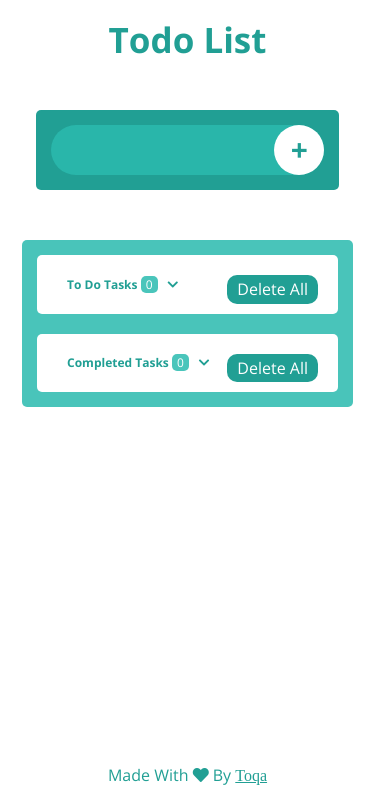
Repository: Toqa-25/todo-list
Page: index.html
The author's editor kept a copy of each file at every save. The page is drawn from the files as they stood at one save, then again after the next save.
The browser window is 375 px wide. The pictures show the whole page.
Some web fonts or font styles are not loaded; a fallback is used.

Above is the page before, as saved 2022-02-07 16:39:31.

### index.html
<!DOCTYPE html>
<html lang="en">
<head>
    <meta charset="UTF-8">
    <meta http-equiv="X-UA-Compatible" content="IE=edge">
    <meta name="viewport" content="width=device-width, initial-scale=1.0">
     <!-- css fils -->
     <link rel="stylesheet" href="css/normalize.css">
     <link rel="stylesheet" href="css/all.min.css">
     <link rel="stylesheet" href="css/style.css">
     <!-- google fonts -->
     <link rel="preconnect" href="https://fonts.googleapis.com">
     <link rel="preconnect" href="https://fonts.gstatic.com" crossorigin>
     <link href="https://fonts.googleapis.com/css2?family=Open+Sans:wght@300;400;500;600;700;800&display=swap" rel="stylesheet">
     <link href="https://fonts.googleapis.com/css2?family=Pushster&amp;display=swap" rel="stylesheet">
     <!-- page title -->
    <title>ToDo List</title>
</head>
<body>
    <section class="todo-section container">
        <div class="todo-main-head ">
            <h2 class="todo-head">todo list</h2>
        </div>
        <div class="todo-input  ">
            <input type="text" name="" id="input-field">
            <span class="pluse" id="plus">+</span>
        </div>
        <div class="todo-group pad ">
        <div class="todo-list doing" id="todo-list-do">
             <div class="todo-list-header-group">
                 <h4 class="todo-list-head">to do tasks <span class="tasks-number"></span><i class="fas fa-chevron-down todo-chevron"></i></h4>
                <button class="btn delet-all-tasks">delete all</button>
            </div>
           <div class="todo-list-content todo">
           </div>
        </div>
        <div class="todo-list completed" id="todo-list-complete">
            <div class="todo-list-header-group">
                <h4 class="todo-list-head">completed tasks <span class="completed-tasks-number"></span><i class="fas fa-chevron-down complete-chevron"></i></h4>
                <button class="btn delet-all-completed-tasks">delete all</button>
            </div>
           <div class="todo-list-content complet">
           </div>
        </div>
        </div>
    </section>
    <div class="bottom-group">
             <p>made with <i class="fas fa-heart"></i> by <a class="developer link-none" href="https://toqa-25.github.io/portfolio/">toqa</a></p>
    </div>

    <script src="js/script.js"></script>
    <script src="https://unpkg.com/sweetalert/dist/sweetalert.min.js"></script>
</body>
</html>

### css/style.css
/* component style */
:root{
    --main-color:#219F94;
    --main-alt-color:#2bbbafda;
    --white-color:#fff;
    --text-color:#C1DEAE;
}
*{
     margin:0;
     padding:0;
     box-sizing: border-box;
}
html{
    scroll-behavior: smooth;
}
body{
    font-family: 'Open Sans', sans-serif;
    min-height: 100vh;
}
.container{
    width:90%;
    margin:0 auto;
}

.pad{
    padding: 30px 0;
}

/* element style */
section{
    display: flex;
    align-items: center;
    flex-direction: column;
    min-height: calc(100vh - 50px);
    gap:50px;

}
.todo-main-head {
    /* padding-top: 20px;
    margin-top: 20px; */
    margin: 20px auto 0;
}
.todo-head {
    color: var(--main-color);
    font-weight: bold;
    text-transform: capitalize;
    font-size: 35px;
    text-align: center;
}
.todo-input{
    background-color: var(--main-color);
    position: relative;
    border-radius: 5px;
    width: 600px;
    margin: 0 auto;
    padding: 15px 0;
}
@media(max-width:991px){
   .todo-input{
       width:90%;
   }
}
#input-field {
    width: calc(100% - 30px);
    margin: 0 15px;
    height: 50px;
    border: none;
    outline: none;
    background-color: var(--main-alt-color);
    color: #fff;
    padding:5px 20px;
    border-radius: 25px;
    -webkit-border-radius: 25px;
    -moz-border-radius: 25px;
    -ms-border-radius: 25px;
    -o-border-radius: 25px;
}
#input-field:focus{

}
.pluse {
    width: 50px;
    height: 50px;
    background-color: var(--white-color);
    border-radius: 50%;
    display: inline-block;
    padding: 21px;
    text-align: center;
    font-size: 30px;
    display: flex;
    justify-content: center;
    align-items: center;
    position: absolute;
    right: 15px;
    top: 50%;
    transform: translateY(-50%);
    color: var(--main-color);
    font-weight: bold;
    cursor: pointer;
}

.todo-group {
    background-color: var(--main-alt-color);
    /* margin-top: 30px; */
    padding: 15px;
    display: flex;
    justify-content: space-between;
    align-items: center;
    gap:20px;
    flex-direction: column;
    width:fit-content;
    border-radius: 5px;

}
.todo-list {
    background-color: var(--white-color);
    padding: 10px 20px;
    color: var(--main-color);
    flex:1;
    border-radius: 5px;
     width: 600px;
}
@media(max-width:767px){

    .todo-list {
        width:100%;
    }
}
.todo-list-content , .complet {
    padding:20px;
    display: none;
}
.todo-list-task-group {
    display: flex;
    justify-content: space-between;
    align-items: center;
    border: 1px solid var(--main-alt-color);
    padding: 5px;
    border-radius: 6px;
    margin-bottom: 10px;
}
.todo-list-task {
    padding: 5px 20px;
    display: flex;
    justify-content: space-between;
    align-items: center;
    position: relative;
    margin:10px 5px;
    width:80%;
}
.todo-list-task:before{
    content:"";
    position: absolute;
    top:0;
    left:0;
    height: 100%;
    background-color: var(--main-alt-color);
    width: 8px;
    border-radius: 0px 100px 100px 0px;
}
.btn {
    color: var(--white-color);
    width: fit-content;
    /* height: 27px; */
    padding: 5px 10px;
    background-color: var(--main-color);
    border: none;
    border-radius: 10px;
    cursor: pointer;
    text-transform: capitalize;
}
.todo-list-header-group {
    display: flex;
    justify-content: space-between;
    align-items: center;
    flex-wrap: wrap;
}
.todo-list-head {
    text-transform: capitalize;
    width: fit-content;
    /* margin: auto; */
    /* text-align: center; */
    padding: 3px 10px;
    font-size: 20px;
}
.todo-list-text {
    /* text-transform: capitalize; */
}
.completed-task{
    position: relative;
}
.todo-list-checked {
    width: 15px;
    height: 15px;
    border: 1px solid var(--main-color);
    border-radius: 3px;
    display: flex;
    justify-content: center;
    align-items: center;
}
.completed-task:after{
    content: "";
    width: 90%;
    height: 2px;
    border-radius: 2px;
    position: absolute;
    top: 50%;
    left: 50%;
    transform: translate(-50%, -50%);
    background-color: var(--main-color);
}
.todo-list-checked i {
    font-size: 15px;
    margin-left: 3px;
    margin-bottom: 0px;
}
.completed-tasks-number,.tasks-number {
    padding: 0px 5px;
    background-color: var(--main-alt-color);
    color: #fff;
    border-radius: 5px;
    font-weight: normal;
}
i.fas.fa-chevron-down {
    margin-left: 10px;
}
.bottom-group{
color:var(--main-color);
text-align: center;
margin: 16px auto;
}
.bottom-group p{
    text-transform:capitalize;
}
.bottom-group p a{
    font-family: 'Pushster', cursive;
     color:var(--main-color);
}
.show{
    display:block;
}
.sign-login-group {
    width: fit-content;
    display: flex;
    justify-content: space-between;
    align-content: center;
    flex-direction: column;
    gap: 30px;
    margin-top: 100px;
}
.todo-input-group {
    min-width: 300px;
    display: flex;
    justify-content: space-between;
    align-content: center;
    flex-wrap: wrap;
    gap: 30px;
}
.todo-input-group label {
    text-transform: capitalize;
    color: var(--main-color);
    font-weight: bold;
}
.todo-input-group input {
    padding: 5px 10px;
    border-radius: 7px;
    border-color: var(--main-color);
    outline: none;
    color: var(--main-color);

}
.buttons-group {
    display: flex;
    justify-content: center;
    width: fit-content;
    align-items: center;
    gap: 10px;
    margin: 0 auto;
}
.buttons-group span{
    text-transform: uppercase;
    font-weight: bold;
    color: var(--main-color);
}
.sign-login-group .btn  {
    margin: auto;
    color: #fff;
    font-size: 18px;
}
.sign-login-group .buttons-group a {
  font-size: 20px;
    color: var(--main-color);
}

@media (max-width:375px){
    .todo-list-head {
    font-size: 12px;
}

.todo-list-header-group .btn{
    margin-left: 8px;
    margin-top: 10px;
}
}

### js/script.js

// const variables
let inputTask = document.getElementById("input-field"),
    plusButton = document.getElementById("plus"),
    toDoContent = document.querySelector(".todo"),
    completeContent = document.querySelector(".complet"),
    taskText = document.querySelector(".todo-list-text"),
    numberOfTasks = document.querySelector(".tasks-number"),
    numberOfCompletedTasks = document.querySelector(".completed-tasks-number"),
    todoChevron = document.querySelector(".todo-chevron"),
    completeChevron = document.querySelector(".complete-chevron"),
    deleteAllTasks = document.querySelector(".delet-all-tasks"),
    deleteAllCompletedTasks = document.querySelector(".delet-all-completed-tasks");

// var variables
var checkedSpan = [...document.querySelectorAll(".todo-list-checked")];
var checkedClasses = [...document.querySelectorAll(".checked")];
var buttonSgroup = [...document.querySelectorAll(".delete")];
let todoList = JSON.parse(localStorage.getItem("tasks"))
  ? JSON.parse(localStorage.getItem("tasks"))
  : [];
let completeList = JSON.parse(localStorage.getItem("completedTasks"))
  ? JSON.parse(localStorage.getItem("completedTasks"))
  : [];
/********************************************************** */
if ( todoList.length >= 1) {
    numberOfTasks.innerHTML = todoList.length;
}
else{
    numberOfTasks.innerHTML = 0;
}

if (completeList && completeList.length >= 1) {
  numberOfCompletedTasks.innerHTML = completeList.length;
} else {
  numberOfCompletedTasks.innerHTML = 0;
}
/********************************************************** */
window.onload = function () {
    inputTask.focus()
}
plusButton.onclick = addTask;
inputTask.addEventListener("keyup", function (event) {
  // Number 13 is the "Enter" key on the keyboard
  if (event.keyCode === 13) {
    addTask();
  }
});
/************************************* */
// 1- add task
function addTask() {
  if (inputTask.value != null && inputTask.value != "") {
      if (todoList.includes(inputTask.value.trim())) {
          swal("This Task is  Already Exists.");
      }
          toDoContent.innerHTML += `  <div class="todo-list-task-group">
                                        <div class="todo-list-task doing-task">
                                            <p class="todo-list-text">${inputTask.value.trim()}</p>
                                            <span id="todo-list-doing" class="todo-list-checked"></span>
                                        </div>
                                        <button class="btn delete">delete</button>
                                    </div>`;
          todoList = [...todoList, inputTask.value.trim()];
          localStorage.setItem("tasks", JSON.stringify(todoList));
          inputTask.value = "";
          currentTasks(toDoContent, todoList);
          checkedSpan = [];
          checkedSpan = [...document.querySelectorAll(".todo-list-checked")];
          checkedTask(checkedSpan);
          buttonSgroup = [];
          buttonSgroup = [...document.querySelectorAll(".delete")];
          deleteUneededTask(buttonSgroup);
          numberOfTasks.innerHTML.innerHTML++;
          inputTask.focus();

  }
  else {
      swal("Enter Your Task");
  }
}

// 2- drow new tasks
function currentTasks(plceContent, tasksArray) {
  plceContent.innerHTML = "";
  for (i = 0; i < tasksArray.length; i++) {
    plceContent.innerHTML += `<div class="todo-list-task-group">
                <div class="todo-list-task doing-task">
                <p class="todo-list-text">${tasksArray[i]}</p>
                <span id="todo-list-doing" class="todo-list-checked"></span>
                </div>
                <button class="btn delete">delete</button>
                </div>`;
  }
  checkedSpan = [];
  checkedSpan = [...document.querySelectorAll(".todo-list-checked")];
  checkedTask(checkedSpan);
//   console.log("current", checkedSpan);
  buttonSgroup = [];
  buttonSgroup = [...document.querySelectorAll(".delete")];
    deleteUneededTask(buttonSgroup);
       numberOfTasks.innerHTML = "";
       numberOfTasks.innerHTML = todoList.length;
}
currentTasks(toDoContent, todoList);

// 3- drow new tasks
function currentCheckedTasks(plceContent, tasksArray) {
  plceContent.innerHTML = "";
  for (i = 0; i < tasksArray.length; i++) {
    plceContent.innerHTML += `<div class="todo-list-task-group ">
                <div class="todo-list-task doing-task completed-task">
                <p class="todo-list-text">${tasksArray[i]}</p>
                <span id="todo-list-doing" class="todo-list-checked checked"><i class="fas fa-check"></i></span>
                </div>
                <button class="btn delete">delete</button>
                </div>`;
  }
  checkedClasses = [];
  checkedClasses = [...document.querySelectorAll(".checked")];
  unCheckedTask(checkedClasses);
  buttonSgroup = [];
  buttonSgroup = [...document.querySelectorAll(".delete")];
    deleteUneededTask(buttonSgroup);
        numberOfCompletedTasks.innerHTML = "";
        numberOfCompletedTasks.innerHTML = completeList.length;
}
currentCheckedTasks(completeContent, completeList);

// 4- drow completed tasks

function checkedTask(checkBoxs) {
  checkBoxs.forEach((checkBox) => {
    checkBox.onclick = function addChecked(checkBox) {
      deleteTask(checkBox.currentTarget);
      transformTask(checkBox.currentTarget);
    };
  });
}
checkedTask(checkedSpan);

//5- drow uncompleted Tasks
function unCheckedTask(checkBoxs) {
  checkBoxs.forEach((checkBox) => {
    checkBox.onclick = function addChecked(checkBox) {
      deleteTask(checkBox.currentTarget);
        transformTask(checkBox.currentTarget);
    };
  });
}
unCheckedTask(checkedClasses);

// 6- delete tasks
/************************************* */
function deleteTask(current) {
  let currentParent = current.parentElement,
    element = currentParent.parentElement,
    elementFirstParent = element.firstElementChild,
    elementText = elementFirstParent.firstElementChild.innerHTML;
    if (elementFirstParent.classList.contains("completed-task")) {
        completeList.splice(completeList.indexOf(elementText), 1);
        localStorage.setItem("completedTasks", JSON.stringify(completeList));
        numberOfCompletedTasks.innerHTML = ""
        numberOfCompletedTasks.innerHTML = completeList.length

} else {
    todoList.splice(todoList.indexOf(elementText), 1);
    localStorage.setItem("tasks", JSON.stringify(todoList));
    numberOfTasks.innerHTML = ""
    numberOfTasks.innerHTML = todoList.length
}
element.remove();
console.log(element);
console.log(elementText);
}

function transformTask(current) {
  let currentParent = current.parentElement,
    element = currentParent.parentElement,
    elementFirstParent = element.firstElementChild,
    elementText = elementFirstParent.firstElementChild.innerHTML;
  if (elementFirstParent.classList.contains("completed-task")) {
    todoList = [...todoList, elementText];
    localStorage.setItem("tasks", JSON.stringify(todoList));
    currentTasks(toDoContent, todoList);
  } else {
    // completeList.push(elementText);
        completeList = [...completeList, elementText];
    localStorage.setItem("completedTasks", JSON.stringify(completeList));
    currentCheckedTasks(completeContent, completeList);
  }
}

function deleteUneededTask(checkBoxs) {
  checkBoxs.forEach((checkBox) => {
    checkBox.onclick = function addChecked(checkBox) {
      let element = checkBox.currentTarget.parentElement,
        elementFirstParent = element.firstElementChild,
        elementText = elementFirstParent.firstElementChild.innerHTML;

      element.remove();
      if (elementFirstParent.classList.contains("completed-task")) {
        completeList.splice(completeList.indexOf(elementText), 1);
          localStorage.setItem("completedTasks", JSON.stringify(completeList));
              numberOfCompletedTasks.innerHTML = "";
              numberOfCompletedTasks.innerHTML = completeList.length;
      } else {
        todoList.splice(todoList.indexOf(elementText), 1);
        localStorage.setItem("tasks", JSON.stringify(todoList));
           numberOfTasks.innerHTML = "";
           numberOfTasks.innerHTML = todoList.length;
      }
      console.log(elementText);
      console.log(elementFirstParent);
      console.log(element);
    };
  });
}
deleteUneededTask(buttonSgroup);


todoChevron.onclick = function (){
    toDoContent.classList.toggle("show")
}
completeChevron.onclick = function () {
  completeContent.classList.toggle("show")
};

deleteAllTasks.onclick = function () {
    toDoContent.innerHTML = ""
    todoList = [];
    localStorage.setItem("tasks", JSON.stringify(todoList));
    currentTasks(toDoContent, todoList);
}
deleteAllCompletedTasks.onclick = function () {
  toDoContent.innerHTML = "";
  completeList = [];
  localStorage.setItem("completedTasks", JSON.stringify(completeList));
  currentCheckedTasks(completeContent, completeList);
};

Loaded but not shown: css/normalize.css (library); css/all.min.css (library)

After the next save:
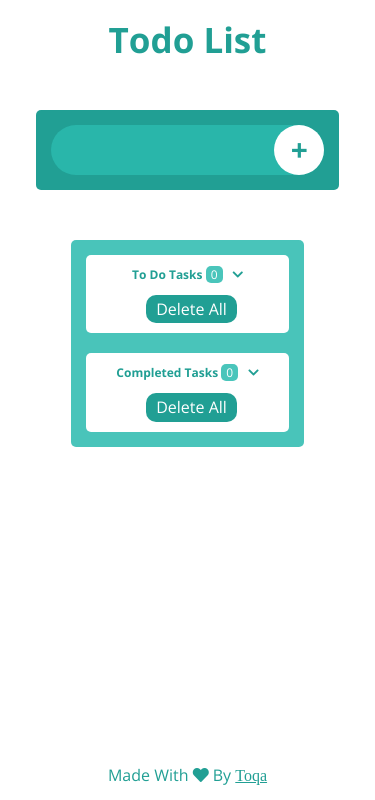
Saved 97 s later.
--- a/css/style.css
+++ b/css/style.css
@@ -296,7 +296,9 @@ margin: 16px auto;
     .todo-list-head {
     font-size: 12px;
 }
-
+.todo-list-header-group {
+    flex-direction: column;
+}
 .todo-list-header-group .btn{
     margin-left: 8px;
     margin-top: 10px;
